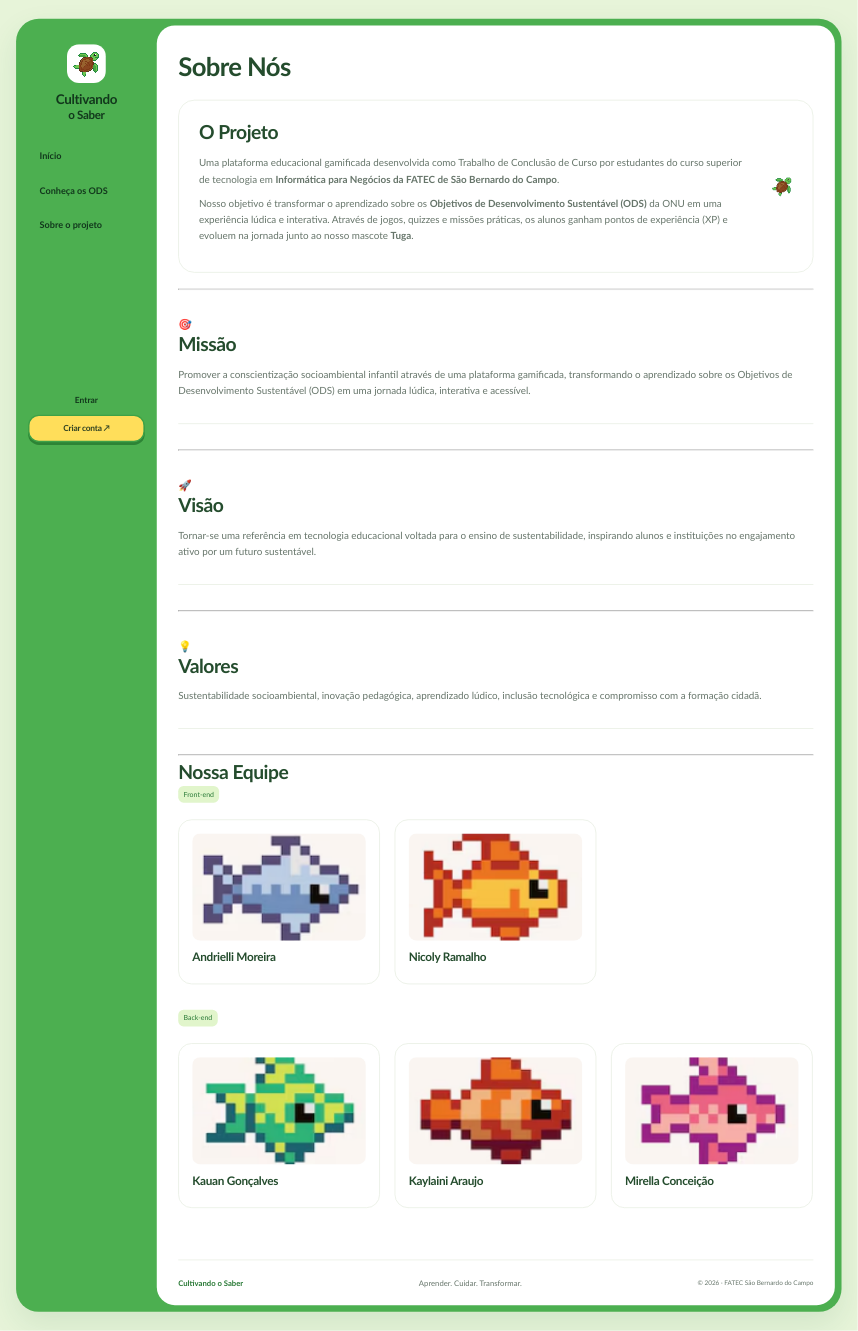
Repository: allerim-03/Jogo-ODS---TCC
Page: TCC-V4/TCC/public/pages/public/about.html
The author's editor kept a copy of each file at every save. The page is drawn from the files as they stood at one save, then again after the next save.
The browser window is 1280 px wide. The pictures show the whole page, at 67% of full size.

Above is the page before, as saved 2026-10-13 15:07:36.

### TCC-V4/TCC/public/pages/public/about.html
<!DOCTYPE html>
<html lang="pt-BR"><head><meta charset="UTF-8"><meta name="viewport" content="width=device-width, initial-scale=1">
<title>Cultivando o Saber - Sobre nós</title><link rel="icon" href="/assets/images/icon.png"><link rel="stylesheet" href="/assets/css/design-system.css">
<script src="/assets/js/services/mock-db.js"></script><script src="/assets/js/core/routes.js"></script>
<script defer src="/assets/js/components/layout.js"></script><script defer src="/assets/js/core/app.js"></script><script defer src="/assets/js/pages/about.js"></script></head>
<body data-page="sobrenos.html"><a class="skip-link" href="#main-content">Ir para o conteúdo</a><div class="platform-shell"><header id="site-header"></header>
<div class="platform-content"><main class="sobre-main-container" id="main-content" tabindex="-1">


        <div class="card-sobre-central">


            <div class="header-sobre">

                <h1 class="titulo-verde">
                    Sobre Nós
                </h1>

            </div>



            <section class="secao-info">

                <div class="bloco-conteudo-projeto">

                    <div class="bloco-texto">

                        <h2 class="titulo-secao">
                            O Projeto
                        </h2>

                        <p>
                            Uma plataforma educacional gamificada desenvolvida como Trabalho de Conclusão de Curso por estudantes do curso superior de tecnologia em <strong>Informática para Negócios da FATEC de São Bernardo do Campo</strong>.
                        </p>

                        <p>
                            Nosso objetivo é transformar o aprendizado sobre os <strong>Objetivos de Desenvolvimento Sustentável (ODS)</strong> da ONU em uma experiência lúdica e interativa. Através de jogos, quizzes e missões práticas, os alunos ganham pontos de experiência (XP) e evoluem na jornada junto ao nosso mascote <strong>Tuga</strong>.
                        </p>

                    </div>


                    <div class="bloco-imagem-placeholder">

                        <img src="/assets/images/TugaPqn.png" alt="Mascote Tuga">

                    </div>

                </div>

            </section>



            <hr class="divisor">



            <section class="secao-info secao-topico-linear">

                <div class="icone-topico">
                    🎯
                </div>

                <div class="bloco-texto">

                    <h2 class="titulo-secao">
                        Missão
                    </h2>

                    <p>
                        Promover a conscientização socioambiental infantil através de uma plataforma gamificada, transformando o aprendizado sobre os Objetivos de Desenvolvimento Sustentável (ODS) em uma jornada lúdica, interativa e acessível.
                    </p>

                </div>

            </section>



            <hr class="divisor">



            <section class="secao-info secao-topico-linear">

                <div class="icone-topico">
                    🚀
                </div>

                <div class="bloco-texto">

                    <h2 class="titulo-secao">
                        Visão
                    </h2>

                    <p>
                        Tornar-se uma referência em tecnologia educacional voltada para o ensino de sustentabilidade, inspirando alunos e instituições no engajamento ativo por um futuro sustentável.
                    </p>

                </div>

            </section>



            <hr class="divisor">



            <section class="secao-info secao-topico-linear">

                <div class="icone-topico">
                    💡
                </div>

                <div class="bloco-texto">

                    <h2 class="titulo-secao">
                        Valores
                    </h2>

                    <p>
                        Sustentabilidade socioambiental, inovação pedagógica, aprendizado lúdico, inclusão tecnológica e compromisso com a formação cidadã.
                    </p>

                </div>

            </section>



            <hr class="divisor">



            <section class="secao-equipe">


                <h2 class="titulo-verde alinhado-centro">
                    Nossa Equipe
                </h2>



                <div class="categoria-equipe">


                    <span class="badge-area">
                        Front-end
                    </span>


                    <div class="time-container">


                        <div class="membro" onclick="abrirModal('modal-membro-1')">

                            <div class="foto">
                                <img src="/assets/images/pessoa1.png" alt="Andrielli Moreira">
                            </div>

                            <div class="info">
                                <h3>
                                    Andrielli Moreira
                                </h3>
                            </div>

                        </div>


                        <div class="membro" onclick="abrirModal('modal-membro-2')">

                            <div class="foto">
                                <img src="/assets/images/pessoa2.png" alt="Nicoly Ramalho">
                            </div>

                            <div class="info">
                                <h3>
                                    Nicoly Ramalho
                                </h3>
                            </div>

                        </div>


                    </div>


                </div>



                <div class="categoria-equipe">


                    <span class="badge-area">
                        Back-end
                    </span>


                    <div class="time-container">


                        <div class="membro" onclick="abrirModal('modal-membro-3')">

                            <div class="foto">
                                <img src="/assets/images/pessoa5.png" alt="Kauan Gonçalves">
                            </div>

                            <div class="info">
                                <h3>
                                    Kauan Gonçalves
                                </h3>
                            </div>

                        </div>


                        <div class="membro" onclick="abrirModal('modal-membro-4')">

                            <div class="foto">
                                <img src="/assets/images/pessoa3.png" alt="Kaylaini Araujo">
                            </div>

                            <div class="info">
                                <h3>
                                    Kaylaini Araujo
                                </h3>
                            </div>

                        </div>


                        <div class="membro" onclick="abrirModal('modal-membro-5')">

                            <div class="foto">
                                <img src="/assets/images/pessoa4.png" alt="Mirella Conceição">
                            </div>

                            <div class="info">
                                <h3>
                                    Mirella Conceição
                                </h3>
                            </div>

                        </div>


                    </div>


                </div>


            </section>


        </div>


    </main>



    <footer class="site-footer"><a href="/">Cultivando o Saber</a><span>Aprender. Cuidar. Transformar.</span><small>© 2026 · FATEC São Bernardo do Campo</small></footer></div></div><div id="modal-overlay" class="modal-overlay" onclick="fecharTodosModais()">
    </div>



    <div id="modal-membro-1" class="modal-membro">

        <button class="modal-close" onclick="fecharModal('modal-membro-1')">
            ×
        </button>

        <span class="badge-tag-modal">
            FRONT-END
        </span>

        <h2 class="modal-nome">
            Andrielli Moreira de Oliveira
        </h2>

        <div class="modal-corpo">

            <div class="modal-foto-box">
                <img src="/assets/images/pessoa1.png" alt="Andrielli Moreira">
            </div>

            <div class="modal-info">

                <h3>
                    Contribuição
                </h3>

                <p>
                    Responsável pelo desenvolvimento da interface gráfica, prototipação e estruturação visual do projeto para garantir uma ótima usabilidade infantil.
                </p>

            </div>

        </div>

    </div>



    <div id="modal-membro-2" class="modal-membro">

        <button class="modal-close" onclick="fecharModal('modal-membro-2')">
            ×
        </button>

        <span class="badge-tag-modal">
            FRONT-END
        </span>

        <h2 class="modal-nome">
            Nicoly Ramalho Barbosa Siqueira
        </h2>

        <div class="modal-corpo">

            <div class="modal-foto-box">
                <img src="/assets/images/pessoa2.png" alt="Nicoly Ramalho">
            </div>

            <div class="modal-info">

                <h3>
                    Contribuição
                </h3>

                <p>
                    Atua na criação dos componentes visuais, estilização das telas e responsividade dos elementos gráficos da plataforma Cultivando o Saber.
                </p>

            </div>

        </div>

    </div>



    <div id="modal-membro-3" class="modal-membro">

        <button class="modal-close" onclick="fecharModal('modal-membro-3')">
            ×
        </button>

        <span class="badge-tag-modal">
            BACK-END
        </span>

        <h2 class="modal-nome">
            Kauan Gonçalves da Silva
        </h2>

        <div class="modal-corpo">

            <div class="modal-foto-box">
                <img src="/assets/images/pessoa5.png" alt="Kauan Gonçalves">
            </div>

            <div class="modal-info">

                <h3>
                    Contribuição
                </h3>

                <p>
                    Atua no desenvolvimento da arquitetura de backend, integrando as regras de negócio da gamificação com o banco de dados do sistema.
                </p>

            </div>

        </div>

    </div>



    <div id="modal-membro-4" class="modal-membro">

        <button class="modal-close" onclick="fecharModal('modal-membro-4')">
            ×
        </button>

        <span class="badge-tag-modal">
            BACK-END
        </span>

        <h2 class="modal-nome">
            Kaylaini Araujo do Nascimento
        </h2>

        <div class="modal-corpo">

            <div class="modal-foto-box">
                <img src="/assets/images/pessoa3.png" alt="Kaylaini Araujo">
            </div>

            <div class="modal-info">

                <h3>
                    Contribuição
                </h3>

                <p>
                    Responsável pela criação de APIs, persistência de dados dos usuários e controle da pontuação (XP) dos quizzes e jogos.
                </p>

            </div>

        </div>

    </div>



    <div id="modal-membro-5" class="modal-membro">

        <button class="modal-close" onclick="fecharModal('modal-membro-5')">
            ×
        </button>

        <span class="badge-tag-modal">
            BACK-END
        </span>

        <h2 class="modal-nome">
            Mirella Conceição Machado dos Santos
        </h2>

        <div class="modal-corpo">

            <div class="modal-foto-box">
                <img src="/assets/images/pessoa4.png" alt="Mirella Conceição">
            </div>

            <div class="modal-info">

                <h3>
                    Contribuição
                </h3>

                <p>
                    Atua no suporte técnico da lógica do sistema, estruturação de dados e testes de integração do servidor com o front-end.
                </p>

            </div>

        </div>

    </div>



    </body></html>

### TCC-V4/TCC/public/assets/css/design-system.css
/* Entrada única. A ordem dos arquivos faz parte da cascata. */
@import url("./tokens.css");
@import url("./base.css");
@import url("./navigation.css");
@import url("./components.css");
@import url("./home.css");
@import url("./forms.css");
@import url("./profiles.css");
@import url("./games.css");
@import url("./institutional.css");
@import url("./responsive.css");

@import url("./playful.css");

### TCC-V4/TCC/public/assets/css/tokens.css
/* 01. Identidade: cores originais e tons de apoio para legibilidade. */
:root {
  --green:#4caf50;
  --green-dark:#246b38;
  --forest:#183e29;
  --green-soft:#edf6e8;
  --blue:#43b4fb;
  --blue-soft:#eaf6ff;
  --yellow:#ffde5a;
  --yellow-soft:#fff9dd;
  --red:#ff524d;
  --ink:#233d2c;
  --muted:#637269;
  --line:#dfe8dc;
  --paper:#fff;
  --canvas:#f8faf5;
  --radius:20px;
  --shadow:0 8px 32px #203d2910;
  --content:1160px}

### TCC-V4/TCC/public/assets/css/base.css
/* 02. Base e acessibilidade. */
* {
  box-sizing:border-box}
html {
  scroll-behavior:smooth;
  scroll-padding-top:100px}
body {
  margin:0;
  background:var(--canvas);
  color:var(--ink);
  font-family:Inter,"Segoe UI",Arial,sans-serif;
  font-size:16px;
  line-height:1.65;
  min-height:100vh;
  display:flex;
  flex-direction:column}
h1,h2,h3,h4,p {
  margin:0}
h1,h2,h3,h4 {
  line-height:1.18;
  letter-spacing:-.035em;
  color:var(--forest)}
h1 {
  font-size:clamp(2rem,4.5vw,3.5rem);
  font-weight:800}
h2 {
  font-size:clamp(1.5rem,2.7vw,2.15rem)}
h3 {
  font-size:1.3rem}
p {
  color:var(--muted)}
a {
  color:var(--green-dark);
  text-decoration:none}
a:hover {
  text-decoration:underline}
button,input,select,textarea {
  font:inherit}
button,a,input,select,textarea {
  -webkit-tap-highlight-color:transparent}
button {
  cursor:pointer}
button:disabled {
  opacity:.55;
  cursor:not-allowed}
img {
  max-width:100%;
  height:auto;
  display:block}
svg {
  width:24px;
  height:24px}
button:focus-visible,a:focus-visible,input:focus-visible,select:focus-visible,textarea:focus-visible,[tabindex]:focus-visible {
  outline:3px solid #2375b3;
  outline-offset:4px}
main {
  width:min(var(--content),calc(100% - 48px));
  margin:40px auto 64px;
  flex:1;
  min-width:0}
main:focus {
  outline:none}
section {
  min-width:0}
.skip-link {
  position:fixed;
  left:20px;
  top:-100px;
  z-index:999;
  background:white;
  padding:12px}
.skip-link:focus {
  top:10px}
[hidden] {
  display:none!important}
.eyebrow {
  font-size:.69rem;
  letter-spacing:.14em;
  font-weight:800;
  line-height:1.6;
  color:var(--green-dark);
  display:inline-block}
.pill {
  display:inline-flex;
  align-items:center;
  gap:8px;
  border:1px solid var(--line);
  background:white;
  border-radius:40px;
  padding:7px 14px;
  font-size:.72rem;
  font-weight:750;
  letter-spacing:.06em}

### TCC-V4/TCC/public/assets/css/components.css
/* 04. Botões e cabeçalhos. */
.btn-principal,.btn-submit,.btn-login,.btn-outline,.btn-quiz-start,.btn-quiz-action,.btn-jogar-grande,.btn-saiba-mais,.btn-secundario {
  display:inline-flex;
  align-items:center;
  justify-content:center;
  gap:12px;
  padding:13px 22px;
  border-radius:12px;
  border:1px solid transparent;
  background:var(--green-dark);
  color:#fff;
  font-weight:700;
  font-size:.85rem;
  line-height:1.4;
  text-decoration:none;
  min-height:46px;
  transition:background .15s,transform .15s}
.btn-principal:hover,.btn-submit:hover,.btn-login:hover,.btn-quiz-start:hover,.btn-quiz-action:hover,.btn-jogar-grande:hover {
  background:var(--forest);
  text-decoration:none;
  transform:translateY(-1px)}
.btn-outline,.btn-cancelar,.btn-secundario,.btn-saiba-mais {
  background:#fff;
  color:var(--green-dark);
  border-color:var(--line)}
.btn-outline:hover,.btn-cancelar:hover,.btn-secundario:hover {
  background:var(--green-soft);
  color:var(--forest);
  text-decoration:none}
.btn-perigo {
  background:#fff1f0;
  color:#ae3430;
  border-color:#ffd6d3}
.compact {
  padding:10px 16px;
  min-height:40px;
  font-size:.77rem}
.btn-text {
  font-size:.88rem;
  font-weight:750;
  display:inline-flex;
  align-items:center;
  gap:8px}
.actions,.hero-buttons,.perfil-acoes,.editar-acoes,.form-acoes,.jogo-acoes {
  display:flex;
  align-items:center;
  gap:16px;
  flex-wrap:wrap}
.page-heading,.section-heading {
  display:flex;
  align-items:center;
  justify-content:space-between;
  gap:24px;
  margin-bottom:28px}
.page-heading h1 {
  font-size:clamp(1.9rem,3.4vw,2.7rem);
  margin:9px 0 12px}
.section-heading h2 {
  margin-top:10px}
.section-heading>p {
  font-size:.87rem}
.back-link {
  display:inline-block;
  font-size:.83rem;
  margin-bottom:24px;
  font-weight:650}
.landing-section {
  margin:68px 0}
.boas-vindas>h1,.boas-vindas>h2,.classroom-header-title h2,.prof-header-title h2,.editar-header h2,.header-sobre h2 {
  margin-bottom:12px}
.boas-vindas>p {
  margin-bottom:28px}
.boas-vindas,.classroom-header-title,.editar-header,.prof-header-title,.header-sobre {
  text-align:left;
  margin-bottom:28px}
.eco-message {
  padding: 12px 16px;
  border-radius: 10px;
  background: #dcfce7;
  color: #166534;
  grid-column: 1 / -1;
}
.eco-message.is-error {
  background: #fee2e2;
  color: #991b1b;
}

### TCC-V4/TCC/public/assets/css/institutional.css
/* 09. Páginas institucionais e modais. */
.titulo-principal-topo {
  margin-bottom:14px}
.ods-carrossel-wrapper {
  position:relative;
  margin:30px 0}
.ods-carrossel-container {
  overflow-x:auto;
  padding:10px 0;
  scrollbar-width:thin}
.ods-grid {
  display:flex;
  gap:16px}
.ods-grid>* {
  flex:0 0 140px}
.ods-grid img {
  width:140px;
  height:140px;
  border-radius:12px}
.btn-carrossel {
  position:absolute;
  top:50%;
  transform:translateY(-50%);
  z-index:1;
  border:1px solid var(--line);
  background:white;
  border-radius:50%;
  width:40px;
  height:40px}
.btn-carrossel.prev {
  left:-18px}
.btn-carrossel.next {
  right:-18px}
.secao-explicativa,.secao-jogos-ods {
  margin:48px 0}
.bloco-info,.bloco-conteudo-projeto,.bloco-jogo-detalhado {
  display:flex;
  gap:36px;
  align-items:center;
  background:white;
  border:1px solid var(--line);
  border-radius:24px;
  padding:30px;
  margin:24px 0}
.bloco-texto,.jogo-info-col {
  flex:1}
.bloco-texto h2,.bloco-texto h3 {
  margin-bottom:16px}
.bloco-texto p {
  margin:12px 0;
  font-size:.92rem}
.bloco-imagem-placeholder {
  max-width:280px}
.bloco-imagem-placeholder img {
  max-height:220px;
  object-fit:contain}
.jogo-print-container {
  width:180px;
  flex-shrink:0}
.print-jogo {
  border-radius:14px}
.jogo-descricao {
  margin:15px 0;
  font-size:.87rem}
.jogo-tags {
  display:flex;
  gap:12px;
  align-items:center;
  margin-bottom:16px}
.tag-xp {
  font-size:.75rem}
.card-sobre-central {
  max-width:980px;
  margin:auto}
.secao-topico-linear {
  margin:38px 0;
  padding-bottom:25px;
  border-bottom:1px solid var(--line)}
.secao-topico-linear h2,.titulo-secao {
  margin-bottom:15px}
.secao-topico-linear p {
  margin-bottom:12px}
.time-container {
  display:flex;
  flex-wrap:wrap;
  gap:22px;
  margin:25px 0 35px}
.membro {
  background:white;
  border:1px solid var(--line);
  border-radius:20px;
  overflow:hidden;
  width:calc(33.333% - 15px);
  cursor:pointer;
  padding:20px}
.membro .foto {
  height:160px;
  overflow:hidden;
  border-radius:12px;
  margin-bottom:15px}
.membro .foto img {
  width:100%;
  height:100%;
  object-fit:cover}
.membro .info {
  font-size:.85rem}
.membro .info h3 {
  font-size:1.1rem;
  margin-bottom:8px}
.badge-area {
  display:inline-block;
  font-size:.65rem;
  color:var(--green-dark);
  background:var(--green-soft);
  padding:4px 8px;
  border-radius:8px}
.modal-overlay,#modalODS {
  display:none;
  position:fixed;
  inset:0;
  background:#12321ec4;
  z-index:90;
  align-items:center;
  justify-content:center;
  padding:24px}
.modal-overlay.active,#modalODS.ativo {
  display:flex}
.modal-membro {
  display:none;
  position:fixed;
  top:50%;
  left:50%;
  transform:translate(-50%,-50%);
  width:min(700px,calc(100% - 32px));
  max-height:85vh;
  overflow:auto;
  z-index:100;
  background:white;
  border-radius:24px;
  padding:32px}
.modal-membro.active {
  display:block}
#modalODS>div {
  position:relative;
  max-width:680px;
  max-height:85vh;
  overflow:auto;
  background:white;
  border-radius:24px;
  padding:32px}
#modalODS img {
  width:150px;
  margin:20px auto}
.modal-close {
  position:absolute;
  right:16px;
  top:12px;
  background:var(--green-soft);
  border:0;
  border-radius:50%;
  width:34px;
  height:34px;
  font-size:1.2rem}
.modal-corpo {
  display:flex;
  gap:25px;
  margin-top:24px}
.modal-foto-box {
  width:180px;
  flex-shrink:0}
.modal-info {
  font-size:.9rem}
.modal-info p {
  margin:12px 0}
.modal-nome {
  padding-right:25px}
.badge-tag-modal {
  font-size:.72rem;
  color:var(--green-dark)}
.modal-fechar {
  position: absolute;
  top: 14px;
  right: 14px;
  width: 34px;
  height: 34px;
  border: 0;
  border-radius: 50%;
  background: var(--green-soft);
  font-size: 1.2rem;
}
.modal-texto h3 { margin: 16px 0 12px; }

Loaded but not shown: TCC-V4/TCC/public/assets/js/core/app.js (156 lines, source omitted); TCC-V4/TCC/public/assets/js/services/mock-db.js (146 lines, source omitted); TCC-V4/TCC/public/assets/js/components/layout.js (80 lines, source omitted); TCC-V4/TCC/public/assets/js/pages/about.js (65 lines, source omitted); TCC-V4/TCC/public/assets/js/core/routes.js (2 lines, source omitted); TCC-V4/TCC/public/assets/css/playful.css (293 lines, source omitted); TCC-V4/TCC/public/assets/css/responsive.css (338 lines, source omitted); TCC-V4/TCC/public/assets/css/profiles.css (265 lines, source omitted); TCC-V4/TCC/public/assets/css/home.css (210 lines, source omitted); TCC-V4/TCC/public/assets/css/forms.css (200 lines, source omitted); TCC-V4/TCC/public/assets/css/navigation.css (99 lines, source omitted); TCC-V4/TCC/public/assets/css/games.css (190 lines, source omitted)

After the next save:
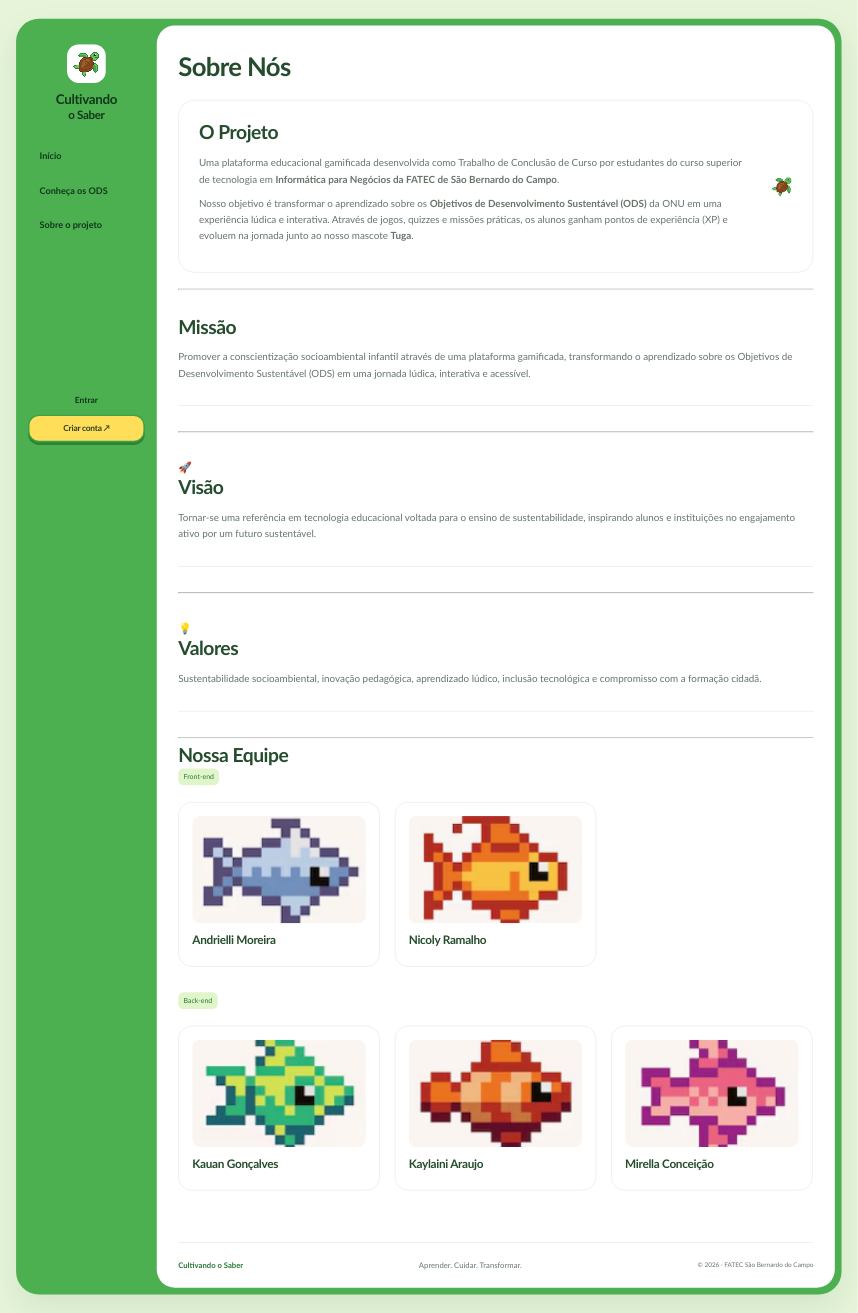
Saved 64 s later.
--- a/TCC-V4/TCC/public/pages/public/about.html
+++ b/TCC-V4/TCC/public/pages/public/about.html
@@ -60,7 +60,7 @@
             <section class="secao-info secao-topico-linear">
 
                 <div class="icone-topico">
-                    🎯
+
                 </div>
 
                 <div class="bloco-texto">
